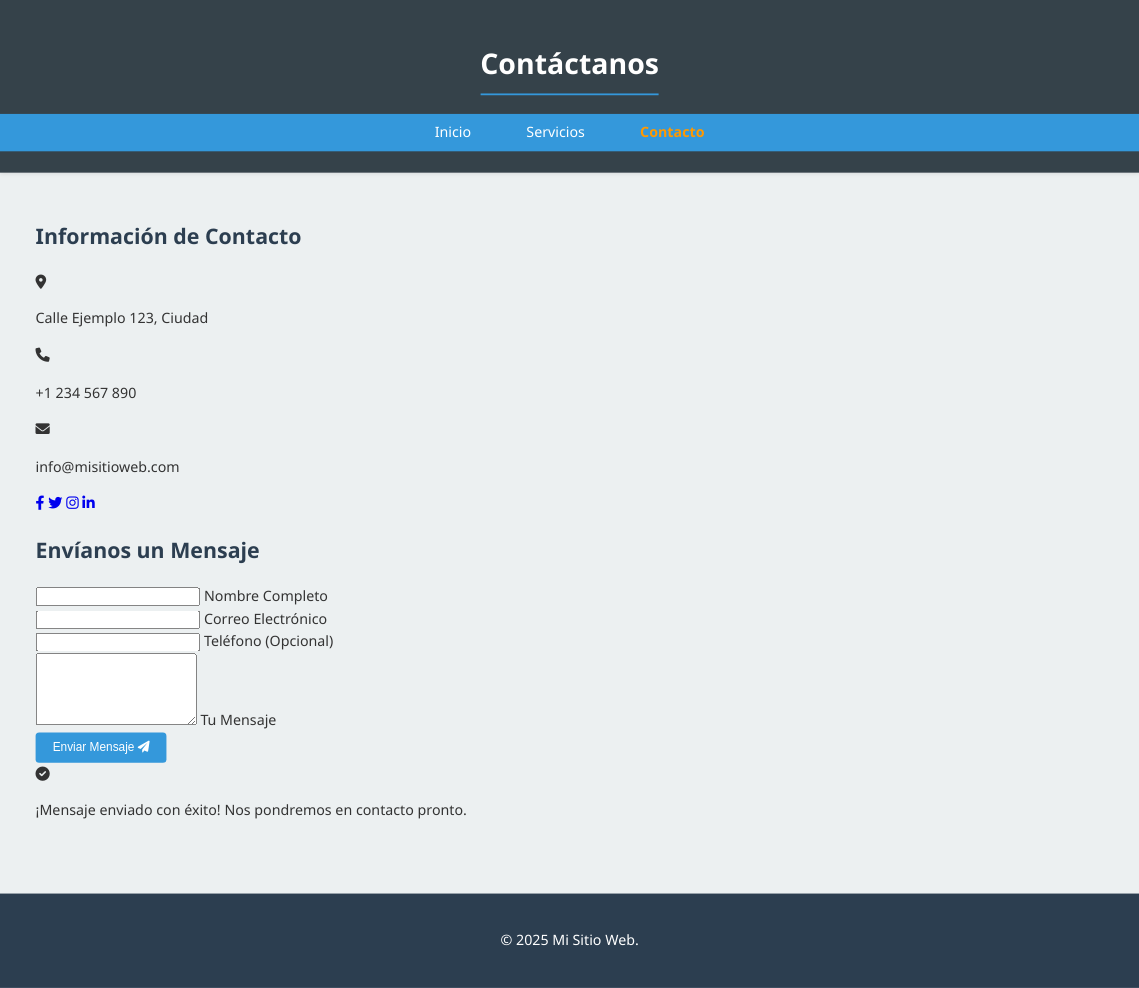
Repository: Sevanjo/Pagina_web
Page: HTML/contacto.html
An editor plug-in stored every save of this project. The page is shown before and after the next save, followed by the edit.
The browser window is 1280 px wide. The pictures show the whole page, at 89% of full size.
Empty fields were first filled with sample values (such as "Sample", 5 or name@example.com).
After loading, the first visible `#contactForm` was submitted once.

Above is the page before, as saved 2025-04-20 19:34:35.

After the next save:
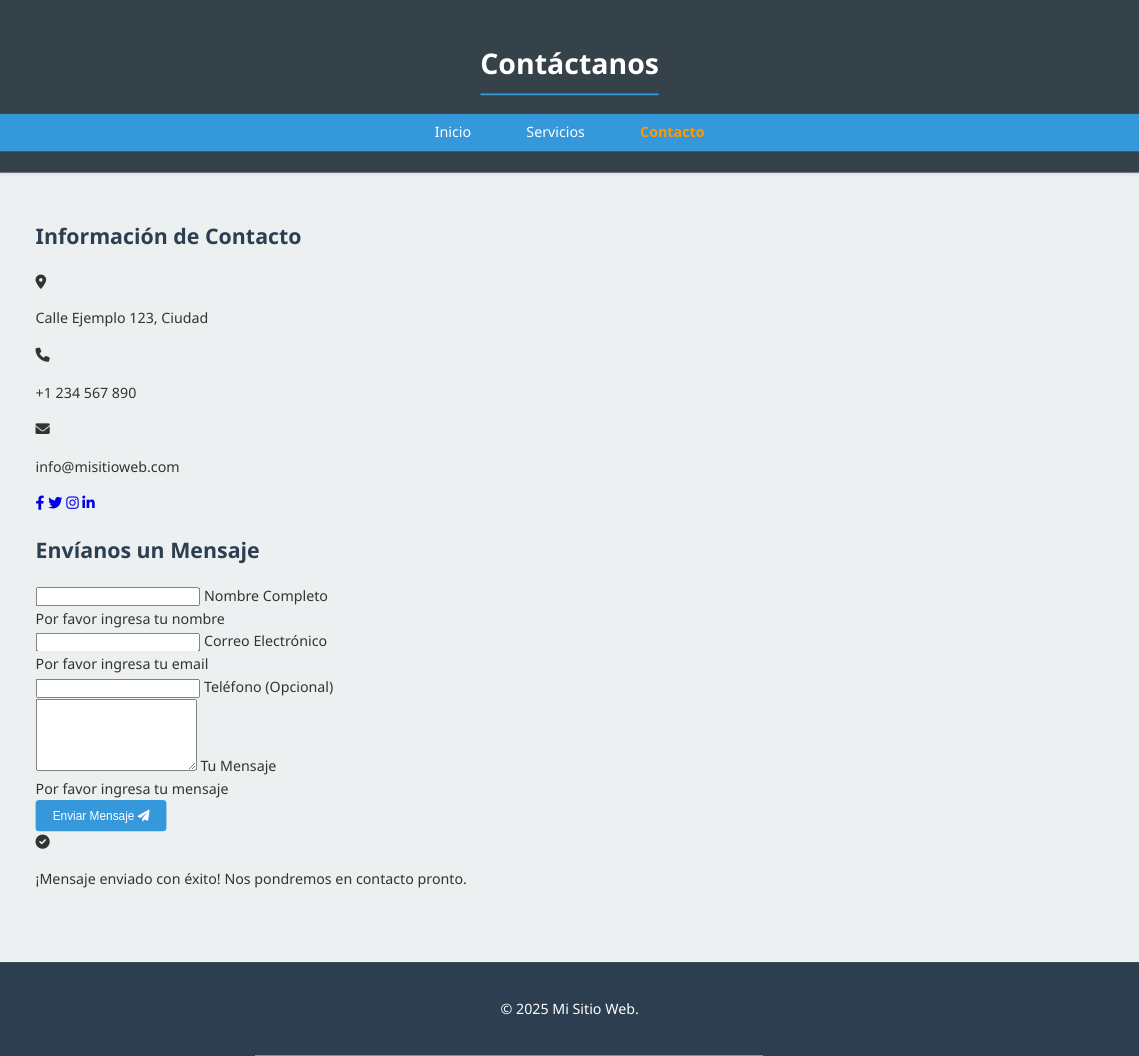
Saved 2 min 20 s later.
--- a/JS/script.js
+++ b/JS/script.js
@@ -37,3 +37,91 @@ document.addEventListener('DOMContentLoaded', function() {
         }
     });
 });
+
+// Validación del formulario
+document.addEventListener('DOMContentLoaded', function() {
+    const contactForm = document.getElementById('contactForm');
+    const loader = document.querySelector('.loader');
+
+    // Ocultar loader cuando la página cargue
+    if(loader) {
+        loader.classList.add('loader-hidden');
+    }
+
+    if(contactForm) {
+        contactForm.addEventListener('submit', function(e) {
+            e.preventDefault();
+
+            // Resetear mensajes de error
+            document.querySelectorAll('.error-message').forEach(el => {
+                el.style.display = 'none';
+            });
+
+            let isValid = true;
+
+            // Validar nombre
+            const name = document.getElementById('name');
+            if(name.value.trim() === '') {
+                document.getElementById('name-error').textContent = 'Por favor ingresa tu nombre';
+                document.getElementById('name-error').style.display = 'block';
+                isValid = false;
+            }
+
+            // Validar email
+            const email = document.getElementById('email');
+            const emailRegex = /^[^\s@]+@[^\s@]+\.[^\s@]+$/;
+            if(email.value.trim() === '') {
+                document.getElementById('email-error').textContent = 'Por favor ingresa tu email';
+                document.getElementById('email-error').style.display = 'block';
+                isValid = false;
+            } else if(!emailRegex.test(email.value)) {
+                document.getElementById('email-error').textContent = 'Por favor ingresa un email válido';
+                document.getElementById('email-error').style.display = 'block';
+                isValid = false;
+            }
+
+            // Validar mensaje
+            const message = document.getElementById('message');
+            if(message.value.trim() === '') {
+                document.getElementById('message-error').textContent = 'Por favor ingresa tu mensaje';
+                document.getElementById('message-error').style.display = 'block';
+                isValid = false;
+            }
+
+            if(isValid) {
+                // Simular envío (en un caso real sería una petición AJAX)
+                const submitBtn = contactForm.querySelector('.submit-btn');
+                submitBtn.disabled = true;
+                submitBtn.innerHTML = '<i class="fas fa-spinner fa-spin"></i> Enviando...';
+
+                setTimeout(function() {
+                    // Mostrar mensaje de éxito
+                    document.getElementById('form-success').style.display = 'flex';
+                    contactForm.reset();
+
+                    // Resetear botón
+                    submitBtn.disabled = false;
+                    submitBtn.innerHTML = '<span>Enviar Mensaje</span><i class="fas fa-paper-plane"></i>';
+
+                    // Ocultar mensaje después de 5 segundos
+                    setTimeout(function() {
+                        document.getElementById('form-success').style.display = 'none';
+                    }, 5000);
+                }, 1500);
+            }
+        });
+
+        // Efecto de carga para los elementos del formulario
+        const formGroups = document.querySelectorAll('.form-group');
+        formGroups.forEach((group, index) => {
+            group.style.opacity = '0';
+            group.style.transform = 'translateY(20px)';
+            group.style.transition = 'all 0.5s ease ' + (index * 0.1) + 's';
+
+            setTimeout(function() {
+                group.style.opacity = '1';
+                group.style.transform = 'translateY(0)';
+            }, 100);
+        });
+    }
+});
